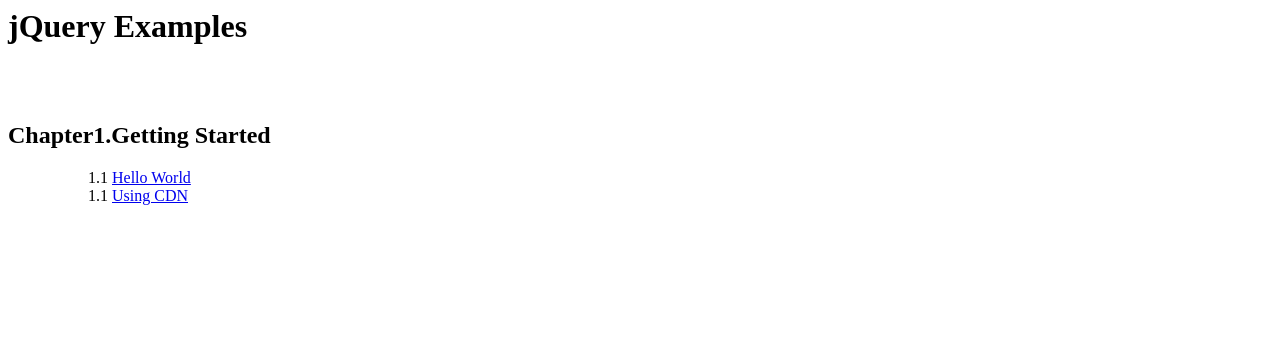
Repository: sudheerj/jQuery
Page: jQueryExamples/chapter01/index.html
An editor plug-in stored every save of this project. The page is shown before and after the next save, followed by the edit.
The browser window is 1280 px wide. The pictures show the whole page.

Above is the page before, as saved 2016-10-20 03:18:47.

### jQueryExamples/chapter01/index.html
<h1>jQuery Examples</h1><br /><br />

<h2>Chapter1.Getting Started<br /></h2>
      <span style="margin-left: 80px">1.1 <a href="HelloWorld.html" target="_blank">Hello World</a></span><br />
      <span style="margin-left: 80px">1.1 <a href="UsingCDN.html" target="_blank">Using CDN</a></span>

After the next save:
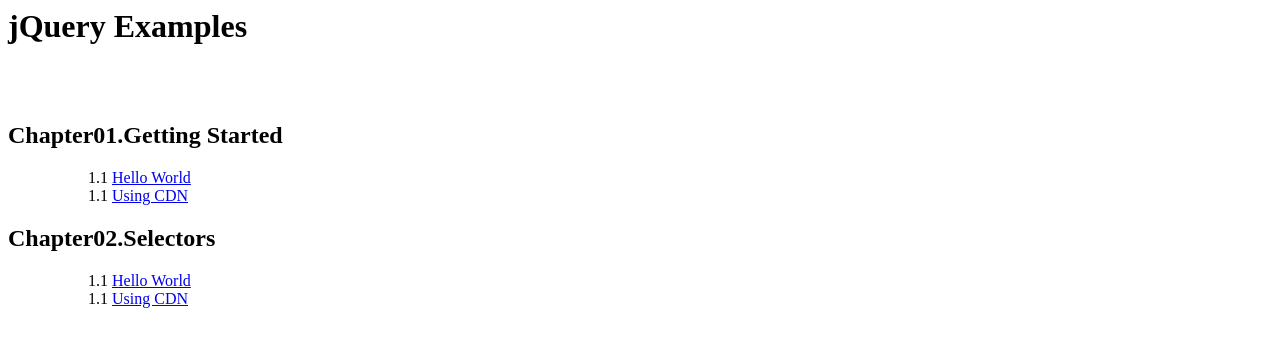
Saved 2 min 21 s later.
--- a/jQueryExamples/chapter01/index.html
+++ b/jQueryExamples/chapter01/index.html
@@ -1,5 +1,8 @@
 <h1>jQuery Examples</h1><br /><br />
 
-<h2>Chapter1.Getting Started<br /></h2>
+<h2>Chapter01.Getting Started<br /></h2>
       <span style="margin-left: 80px">1.1 <a href="HelloWorld.html" target="_blank">Hello World</a></span><br />
       <span style="margin-left: 80px">1.1 <a href="UsingCDN.html" target="_blank">Using CDN</a></span>
+<h2>Chapter02.Selectors<br /></h2>
+      <span style="margin-left: 80px">1.1 <a href="HelloWorld.html" target="_blank">Hello World</a></span><br />
+      <span style="margin-left: 80px">1.1 <a href="UsingCDN.html" target="_blank">Using CDN</a></span>
